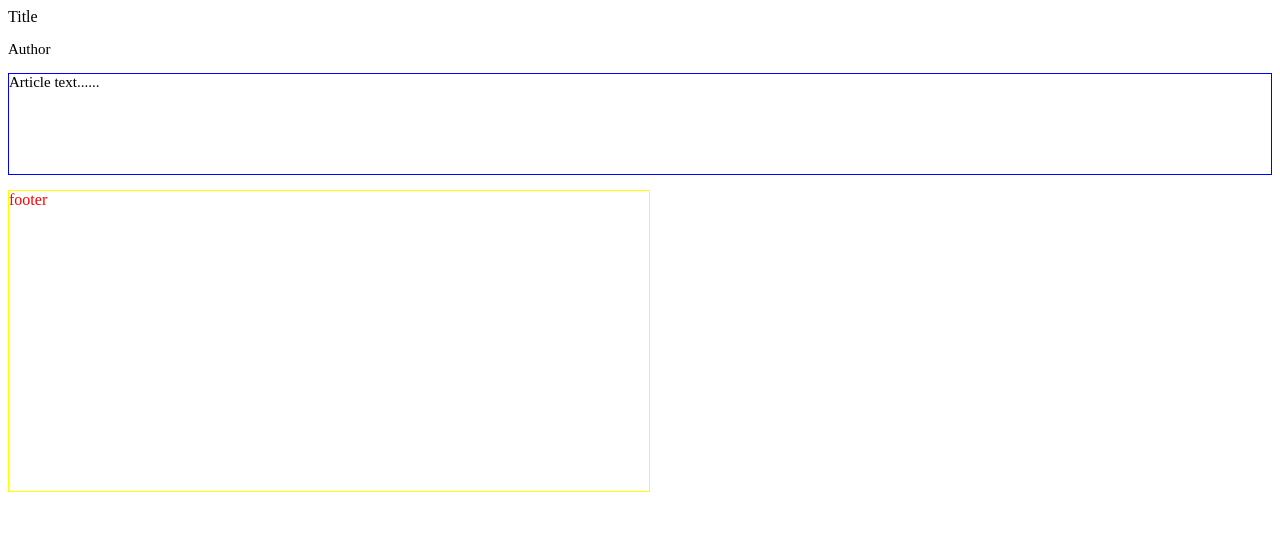
Repository: shahdhavalin/product-school
Page: index.html
The author's editor kept a record of every edit. The page is drawn from the files as they stood at one moment, then again after the next edit.
The browser window is 1280 px wide. The pictures show the whole page.

Above is the page before.

After the next edit:
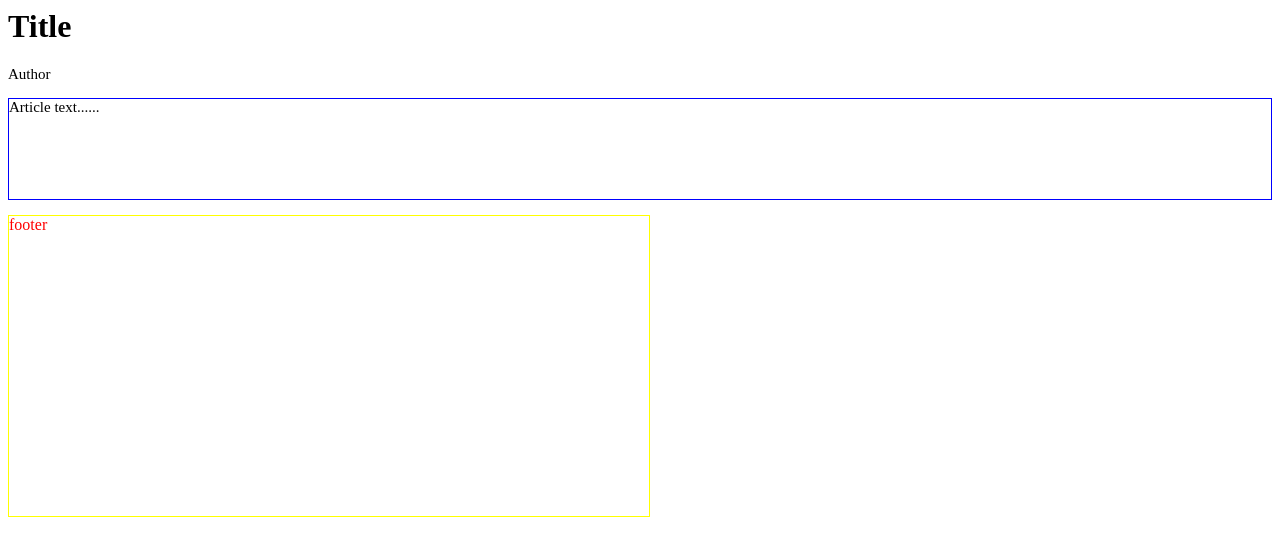
The edit:
--- a/index.html
+++ b/index.html
@@ -5,7 +5,7 @@
     </head>
     <body>
         <div>
-            <h1">Title</h1>
+            <h1>Title</h1>
             <p class="byline">Author</p>
             <p class="article">Article text......</p>
             <span class="footer">footer</span>
